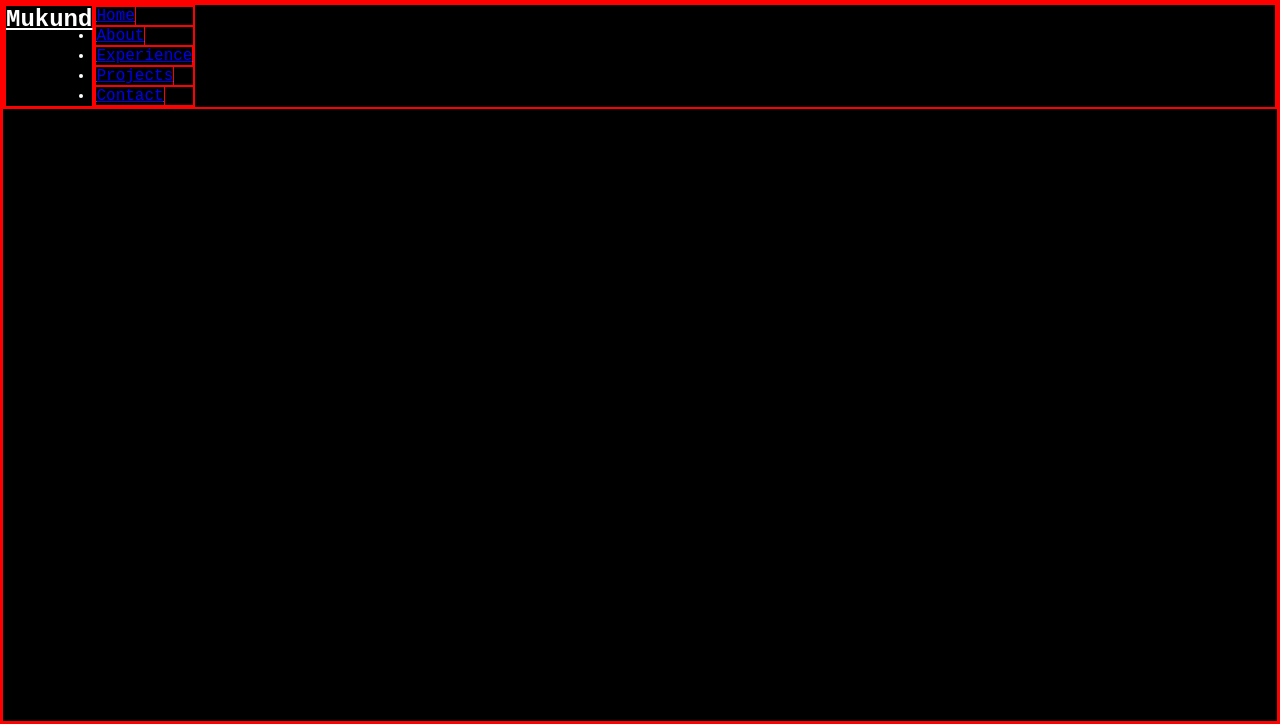
Repository: mukundgangurde/expense-tracker
Page: index.html
These files come from the project's save history. The page is drawn as it stood at one moment and after the next save; the edit follows.
The browser window is 1280 px wide. The pictures show the whole page.

Above is the page before, as saved 2025-11-02 17:25:50.

### index.html
<!DOCTYPE html>
<html lang="en">
<head>
  <meta charset="UTF-8">
  <meta name="viewport" content="width=device-width, initial-scale=1.0">
  <title>Portfolio - Mukund Gangurde</title>
  <link rel="stylesheet" href="style.css">
</head>
<body>
  <div id="header">
    <div id="container">
      <nav>
        <h1>Mukund</h1>
        <ul>
          <li><a href="#">Home</a></li>
          <li><a href="#">About</a></li>
          <li><a href="#">Experience</a></li>
          <li><a href="#">Projects</a></li>
          <li><a href="#">Contact</a></li>
        </ul>
      </nav>
    </div>
  </div>

</body>
</html>

### style.css
* {
  margin: 0;
  padding: 0;
  font-family: 'Courier New', Courier, monospace;
  box-sizing: border-box;
  border: 1px solid red;
}

body {
  background-color: black;
  color: white;
}

#header {
  width : 100%;
  height: 100vh;
  /* background-image: url(images/background.img); */
  /* background-size: cover; */
  /* background-position: center; */
}

nav {
  display: flex;
  text-decoration: underline;
}

After the next save:
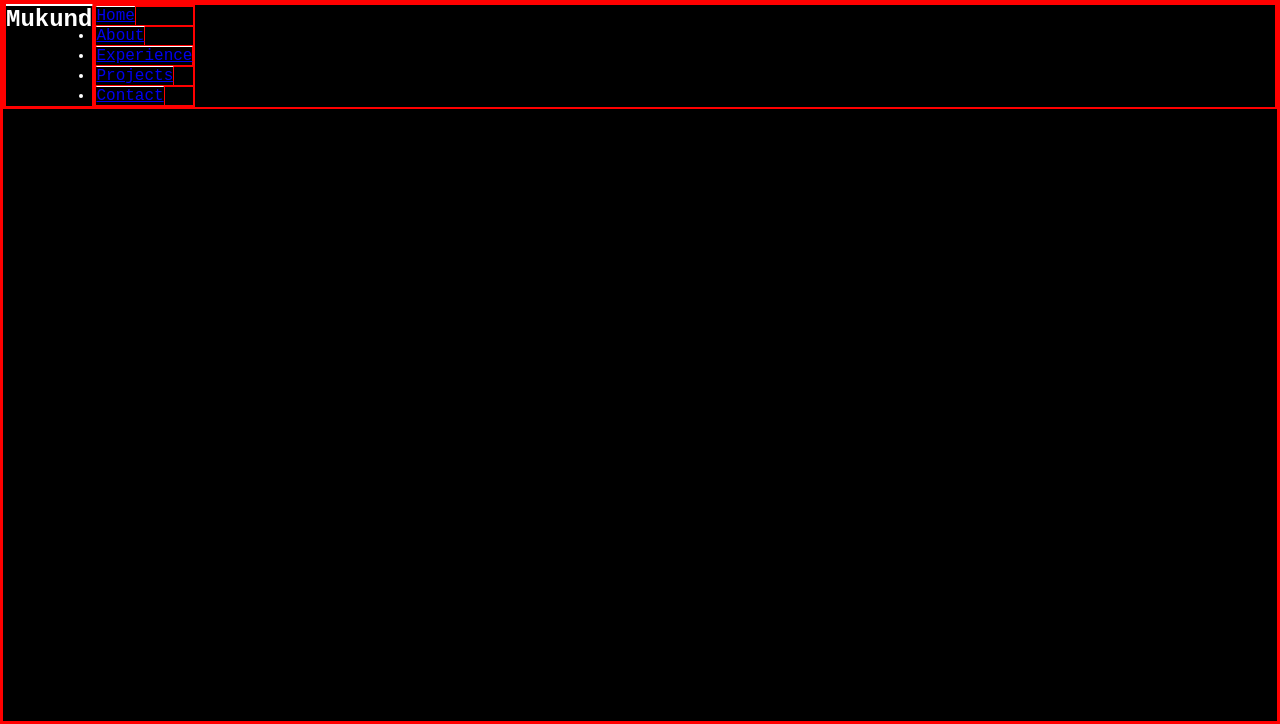
Saved 9 s later.
--- a/style.css
+++ b/style.css
@@ -21,5 +21,5 @@ body {
 
 nav {
   display: flex;
-  text-decoration: underline;
+  text-decoration: overline;
 }
